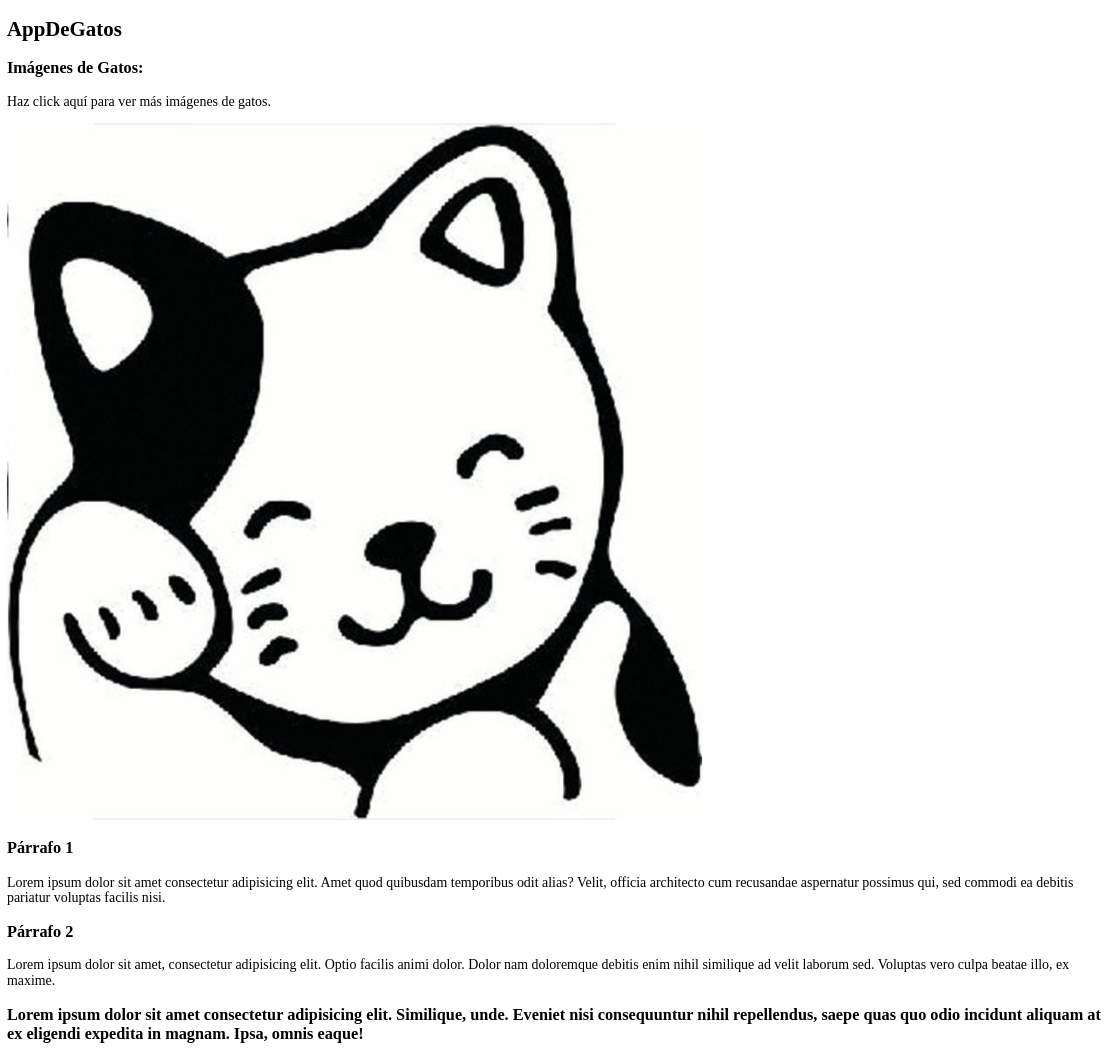
Repository: pedro-donoso/curso-html---css
Page: index.html
These files come from the project's save history. The page is drawn as it stood at one moment and after the next save; the edit follows.
The browser window is 1280 px wide. The pictures show the whole page, at 87% of full size.

Above is the page before, as saved 2023-11-03 10:48:08.

After the next save:
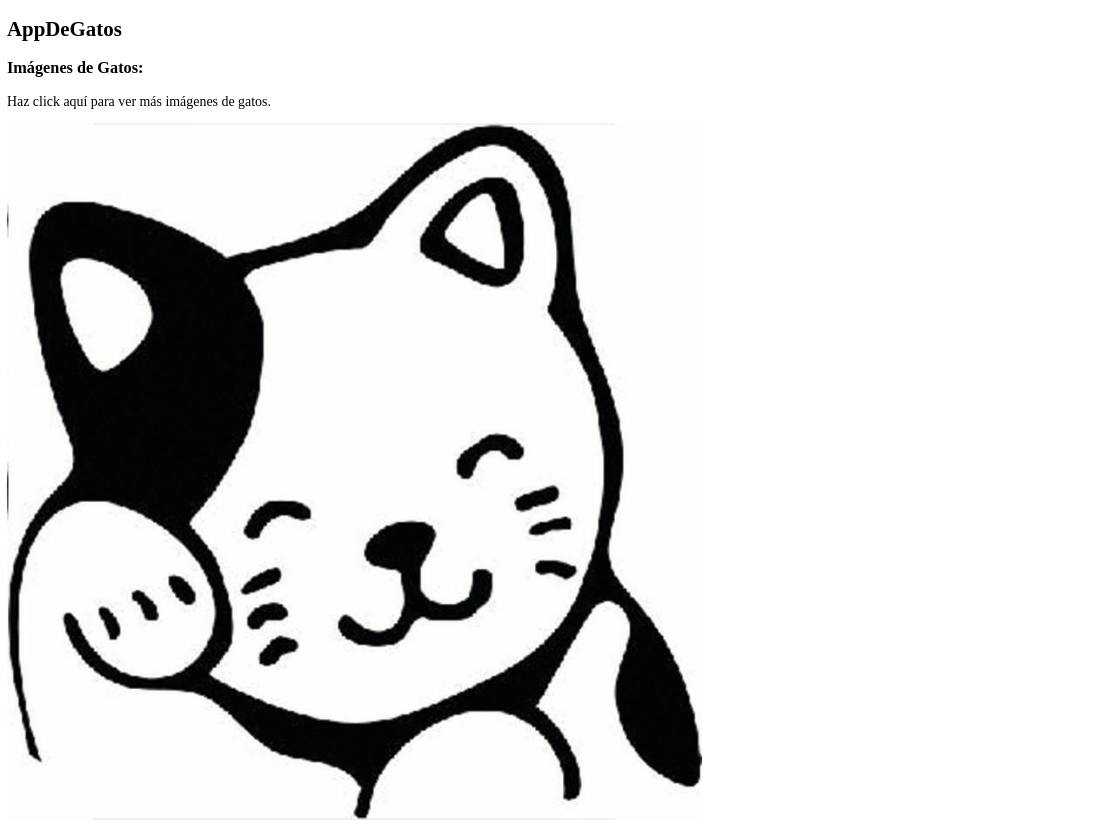
Saved 14 s later.
--- a/index.html
+++ b/index.html
@@ -15,17 +15,7 @@
     <p>Haz click aquí para ver más imágenes de gatos.</p>
     <img src="./assets/img/gato.jpg" alt="gato">
 
-    <h3>Párrafo 1</h3>
-    <p>Lorem ipsum dolor sit amet consectetur adipisicing elit. Amet quod quibusdam temporibus odit alias? Velit,
-      officia architecto cum recusandae aspernatur possimus qui, sed commodi ea debitis pariatur voluptas facilis nisi.
-    </p>
 
-    <h3>Párrafo 2</h3>
-    Lorem ipsum dolor sit amet, consectetur adipisicing elit. Optio facilis animi dolor. Dolor nam doloremque debitis
-    enim nihil similique ad velit laborum sed. Voluptas vero culpa beatae illo, ex maxime.
-
-    <h3>Lorem ipsum dolor sit amet consectetur adipisicing elit. Similique, unde. Eveniet nisi consequuntur nihil
-      repellendus, saepe quas quo odio incidunt aliquam at ex eligendi expedita in magnam. Ipsa, omnis eaque!</h3>
 
   </main>
 </body>
